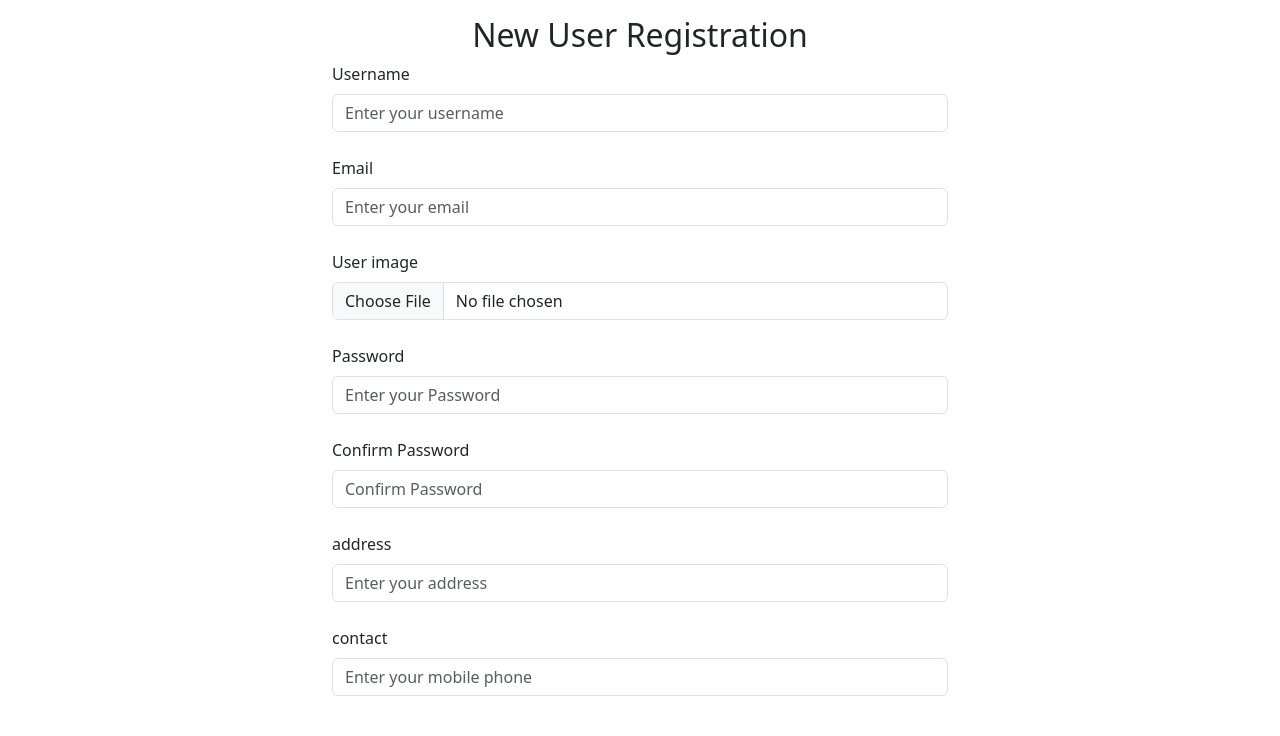
Repository: hahuuchinh2501/ecommerce_web
Page: http://localhost/users_area/user_registration.php
The author's editor kept a copy of each file at every save. The page is drawn from the files as they stood at one save, then again after the next save.
The browser window is 1280 px wide. The pictures show the whole page.
The page is run by PHP 8.4 with error messages shown; the project is at /var/www/html/.

Above is the page before, as saved 2025-02-10 11:30:00.

### users_area/user_registration.php
<!DOCTYPE html>
<html lang="en">

<head>
    <meta charset="UTF-8">
    <meta name="viewport" content="width=device-width, initial-scale=1.0">
    <title>Registration</title>
    <link href="https://cdn.jsdelivr.net/npm/bootstrap@5.3.3/dist/css/bootstrap.min.css" rel="stylesheet"
        integrity="sha384-QWTKZyjpPEjISv5WaRU9OFeRpok6YctnYmDr5pNlyT2bRjXh0JMhjY6hW+ALEwIH" crossorigin="anonymous">
    <link rel="stylesheet" href="style.css">
</head>

<body>
    <div class="container-fluid my-3">
        <h2 class="text-center">New User Registration</h2>
        <div class="row d-flex align-items-center justify-content-center">
            <div class="col-lg-12 col-xl-6">
                <form action="" method="post" enctype="multipart/form-data">
                    <!-- username -->
                    <div class="form-outline mb-4">
                        <label for="user_username" class="form-label">Username</label>
                        <input type="text" id="user_username" class="form-control" placeholder="Enter your username"
                            autocomplete="off" required="required" name="user_username" />
                    </div>
                    <!-- email -->
                    <div class="form-outline mb-4">
                        <label for="user_email" class="form-label">Email</label>
                        <input type="email" id="user_email" class="form-control" placeholder="Enter your email"
                            autocomplete="off" required="required" name="user_email" />
                    </div>
                    <!-- image -->
                    <div class="form-outline mb-4">
                        <label for="user_image" class="form-label">User image</label>
                        <input type="file" id="user_image" class="form-control" required="required" name="user_image" />
                    </div>
                    <!-- password -->
                    <div class="form-outline mb-4">
                        <label for="user_password" class="form-label">Password</label>
                        <input type="password" id="user_password" class="form-control" placeholder="Enter your Password"
                            autocomplete="off" required="required" name="user_password" />
                    </div>
                    <!-- confirm password -->
                    <div class="form-outline mb-4">
                        <label for="conf_user_password" class="form-label">Confirm Password</label>
                        <input type="password" id="conf_user_password" class="form-control"
                            placeholder="Confirm Password" autocomplete="off" required="required"
                            name="conf_user_password" />
                    </div>
                    <!-- address -->
                    <div class="form-outline mb-4">
                        <label for="user_address" class="form-label">address</label>
                        <input type="text" id="user_address" class="form-control" placeholder="Enter your address"
                            autocomplete="off" required="required" name="user_address" />
                    </div>

                    <!-- contact -->
                    <div class="form-outline mb-4">
                        <label for="user_contact" class="form-label">contact</label>
                        <input type="text" id="user_contact" class="form-control" placeholder="Enter your mobile phone"
                            autocomplete="off" required="required" name="user_contact" />
                    </div>
                </form>

            </div>
        </div>

    </div>
</body>

</html>

### style.css
* {
    margin: 0;
    padding: 0;
    box-sizing: border-box;
}


.logo {
    width: 7%;
    height: 7%;
}

     .card-img-top {
            height: 360px; /* Đặt chiều cao cố định */
            object-fit: cover; /* Đảm bảo hình ảnh vừa khung và không bị biến dạng */
        }

.cart_img {
    width:50px;
    height:50px;
}

After the next save:
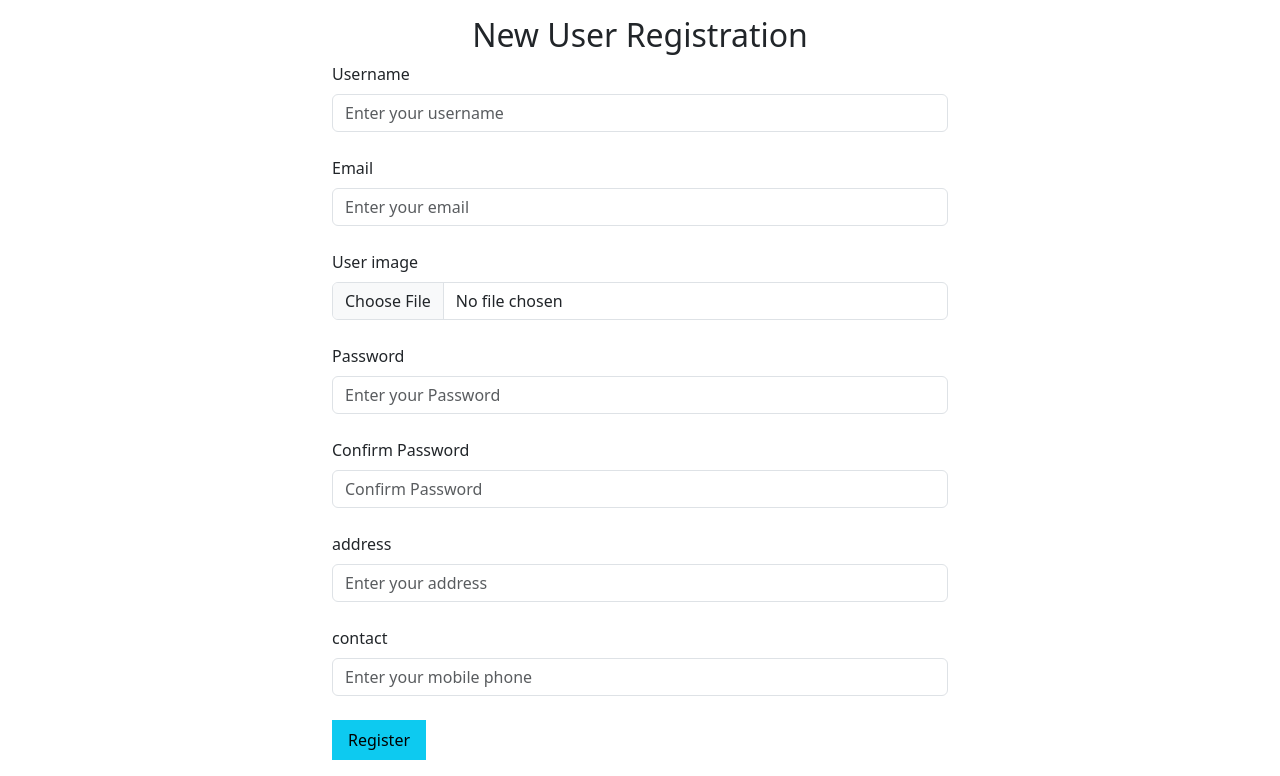
Saved 119 s later.
--- a/users_area/user_registration.php
+++ b/users_area/user_registration.php
@@ -59,6 +59,9 @@
                         <input type="text" id="user_contact" class="form-control" placeholder="Enter your mobile phone"
                             autocomplete="off" required="required" name="user_contact" />
                     </div>
+                    <div class="">
+                        <input type="submit" value="Register" class="bg-info py-2 px-3 border-0" name="user_register">
+                    </div>
                 </form>
 
             </div>
